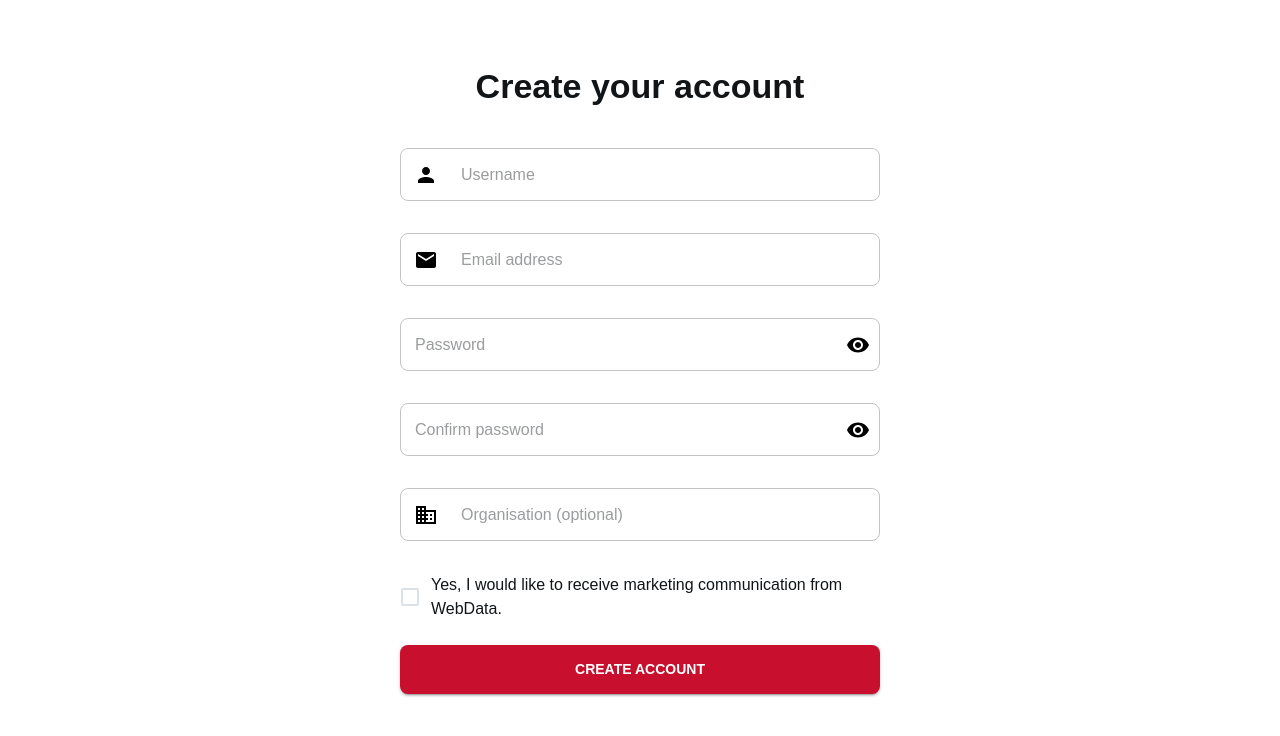
Repository: Pascal-Ahmadu/Tender-download-system
Page: /register (app in frontend/)
These files come from the project's save history. The page is drawn as it stood at one moment and after the next save; the edit follows.
The browser window is 1280 px wide. The pictures show the whole page.
The page's requests for data from a server got no answer. Some web fonts or font styles are not loaded; a fallback is used. The project was rebuilt for these pictures with package versions that can differ from the ones it lists, and the page was loaded fresh each time. No one was signed in, and anything a server would have sent is missing. Also part of the build but not shown: frontend/vite.config.js, frontend/src/components/pages/LoginPage.jsx.

Above is the page before, as saved 2024-07-31 09:01:40.

After the next save:
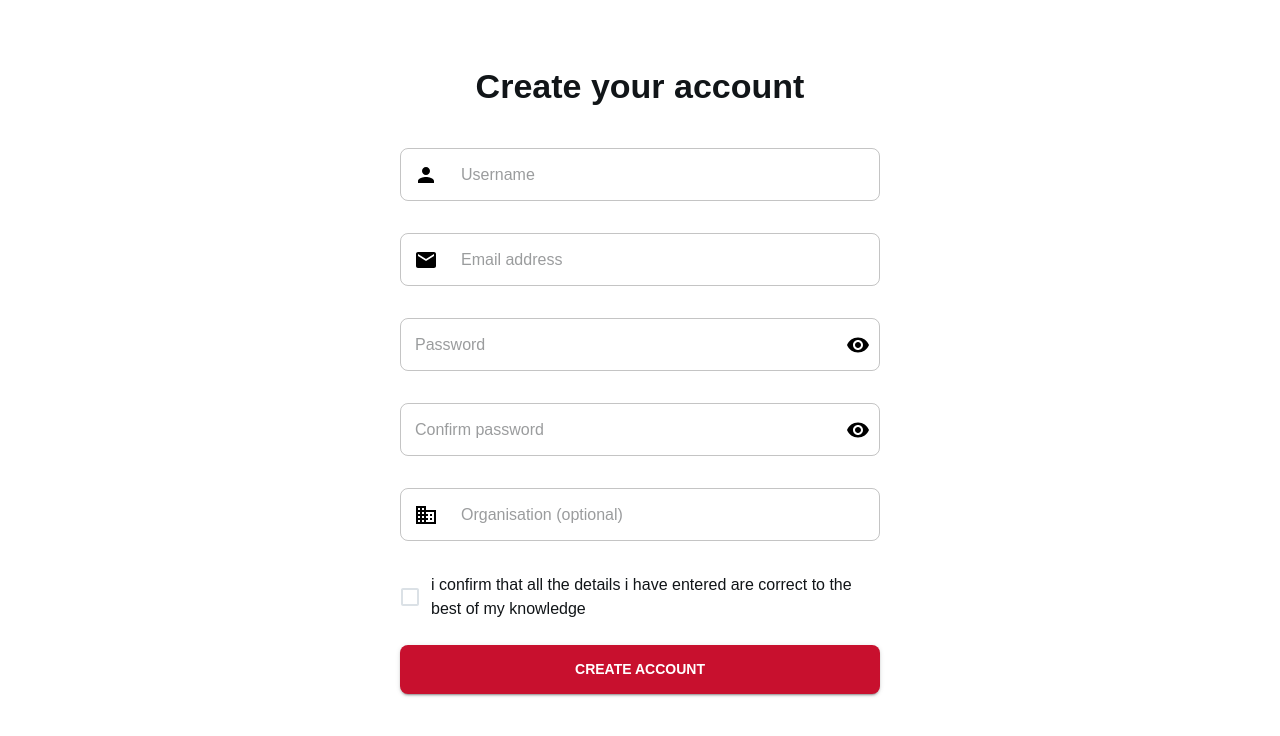
Saved 2 min 28 s later.
--- a/frontend/src/components/pages/RegistrationPage.jsx
+++ b/frontend/src/components/pages/RegistrationPage.jsx
@@ -349,7 +349,7 @@ function SignupForm() {
                 }}
               />
             }
-            label="Yes, I would like to receive marketing communication from WebData."
+            label="i confirm that all the details i have entered are correct to the best of my knowledge"
             sx={{ color: "#111518", mt: 2 }}
           />
           <Button
